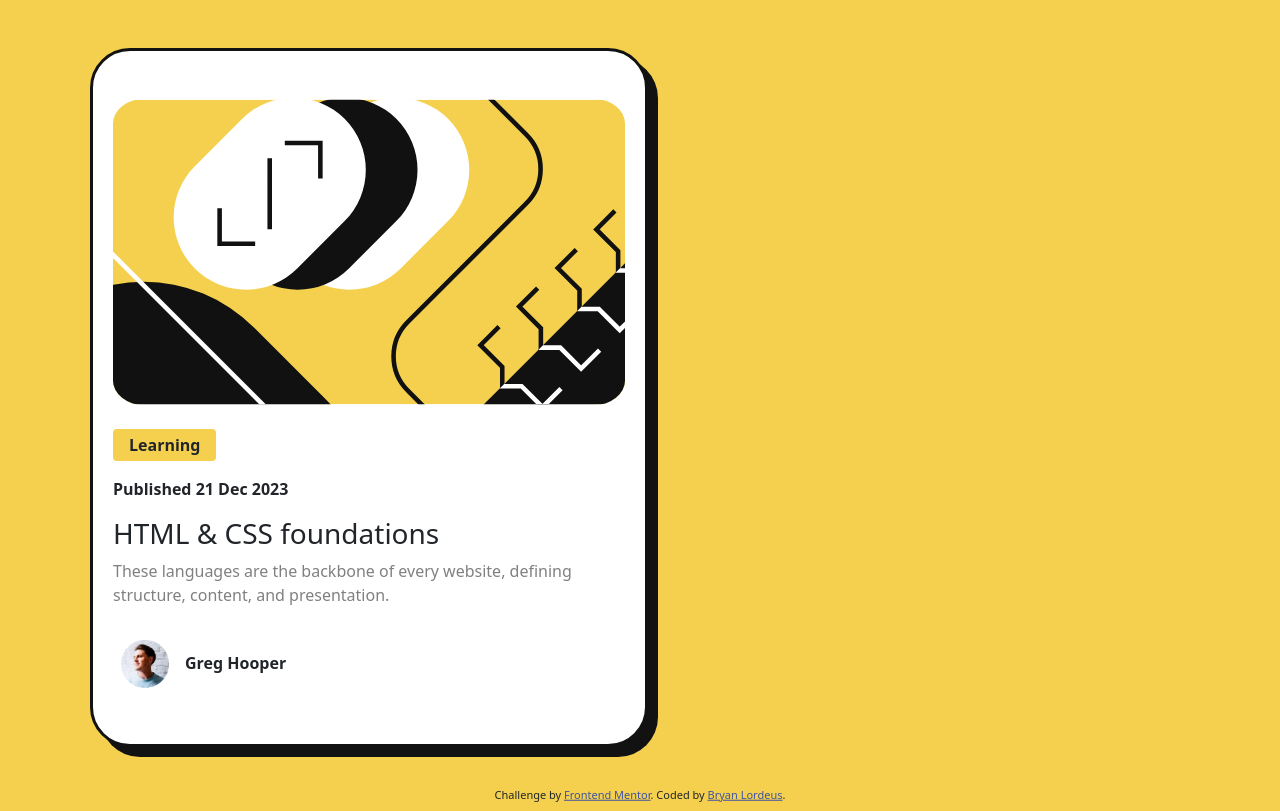
Repository: blordeus/blog-preview-card
Page: index.html
The author's editor kept a copy of each file at every save. The page is drawn from the files as they stood at one save, then again after the next save.
The browser window is 1280 px wide. The pictures show the whole page.
The style sheet was rebuilt from its Sass, Less or Tailwind sources for each picture, by a compiler version that may differ from the author's.

Above is the page before, as saved 2024-02-10 10:55:43.

After the next save:
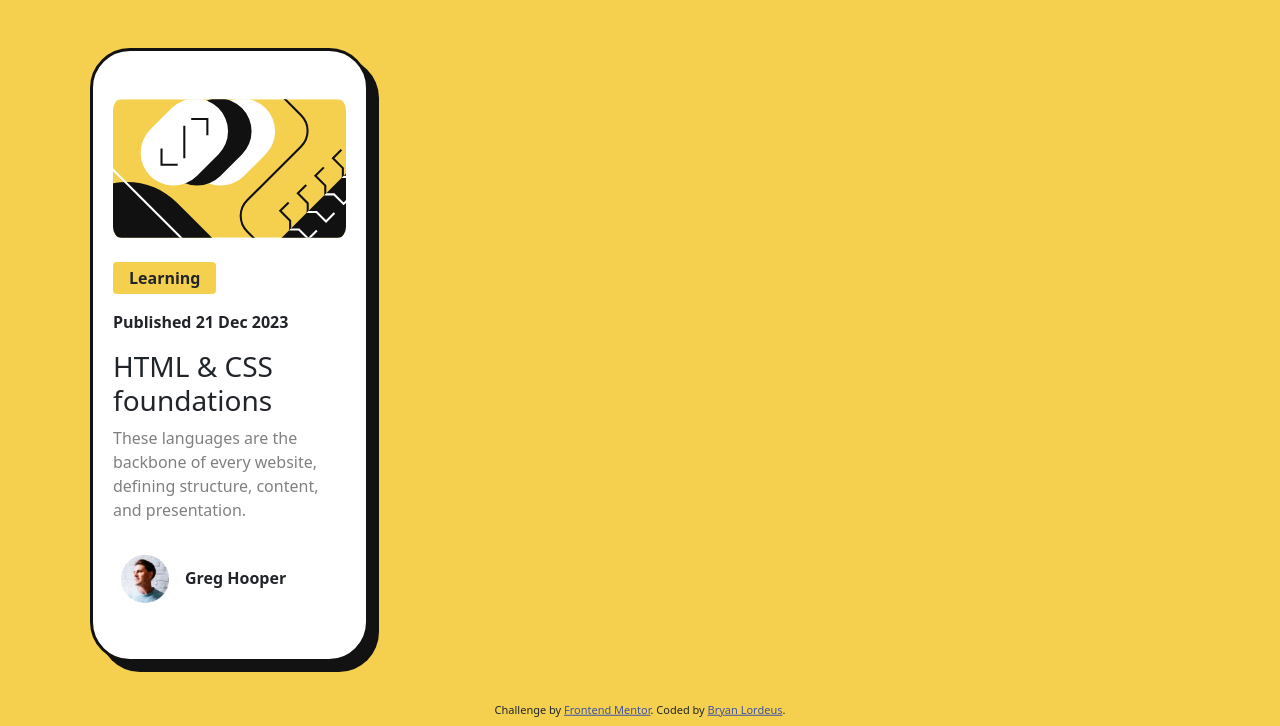
Saved 8 s later.
--- a/style.scss
+++ b/style.scss
@@ -86,7 +86,7 @@ p {
     //reduce main box size and center it to screen
 
     main {
-        max-width: 50%;
+        max-width: 25%;
         border-radius: 40px;
     }
 
